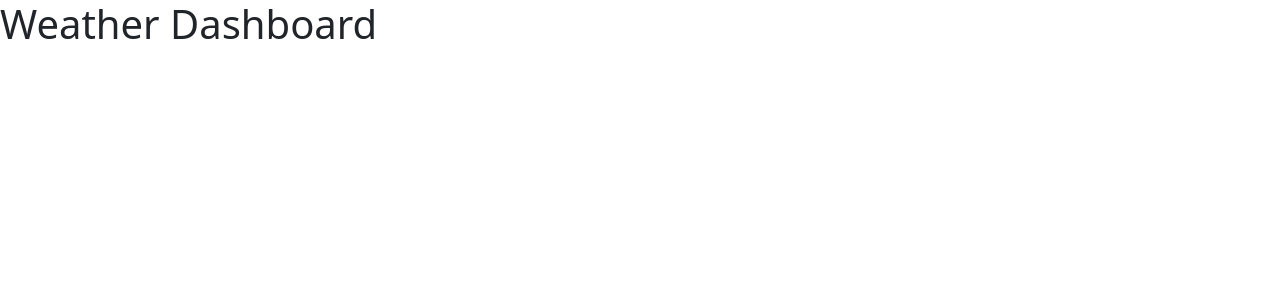
Repository: ziffoit/Weather_Dashboard
Page: index.html
The author's editor kept a copy of each file at every save. The page is drawn from the files as they stood at one save, then again after the next save.
The browser window is 1280 px wide. The pictures show the whole page.

Above is the page before, as saved 2021-03-24 22:46:23.

After the next save:
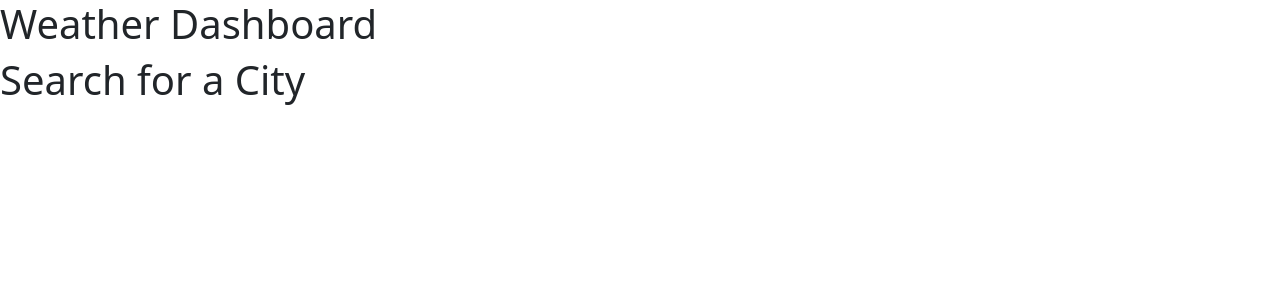
Saved 12 min 0 s later.
--- a/index.html
+++ b/index.html
@@ -15,7 +15,9 @@
     <header>
       <h1>Weather Dashboard</h1>
     </header>
-    <aside></aside>
+    <aside>
+      <h1>Search for a City</h1>
+    </aside>
     <section></section>
     <section></section>
   </body>
